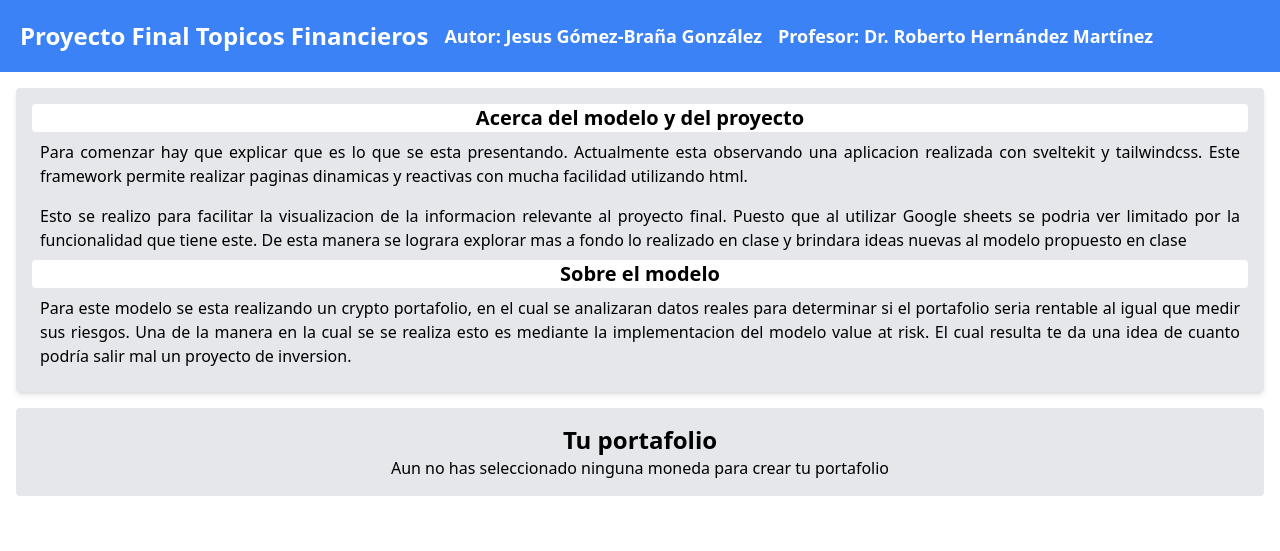
Repository: SistemaACT/Portafolio
Page: /
These files come from the project's save history. The page is drawn as it stood at one moment and after the next save; the edit follows.
The browser window is 1280 px wide. The pictures show the whole page.
The page's requests for data from a server got no answer. The project was rebuilt for these pictures with package versions that can differ from the ones it lists, and the page was loaded fresh each time. The framework's server and built-in components were replaced by stand-ins that run in the browser. No one was signed in, and anything a server would have sent is missing. Also part of the build but not shown: svelte.config.js, vite.config.ts.

Above is the page before, as saved 2024-07-07 12:44:09.

### src/routes/+page.svelte
<script lang="ts">
    import { onMount } from "svelte";
    let coins:any;
    onMount(async () => {
      try {
        let res = await fetch("https://private-coingecko-api.vercel.app/API", {
          method: "POST",
          headers: {
            'x-api-key': "YOUR_VALID_API_KEY",
            "Content-Type": "application/json",
          },
          body: JSON.stringify({
            func: "get_coin_list",
            params: [],
          }),
        });
        coins = await res.json()

      } catch (error) {
        console.error(error);
      }
    });

    let selected_coins:{id:string,name:string,symbol:string}[] = []
    $: selected_coins
    let selection:any;
    function add_to_selected_coins(e:Event){
      e.preventDefault();
      const selectedCoin = coins.find((coin: any) => coin.id === selection);
      if (selectedCoin) {
        selected_coins = [...selected_coins, selectedCoin];
      } else {
        console.warn("Coin not found in the coins array:", selection);
      }
    }

  </script>





<div class="w-full bg-blue-500 text-white p-5 text-2xl font-bold flex items-center  space-x-4 ">
    <h1>
        Proyecto Final Topicos Financieros
    </h1>
    <p class="text-lg">Autor: Jesus Gómez-Braña González</p>
    <p class="text-lg">Profesor: Dr. Roberto Hernández Martínez</p>

</div>

<div class="bg-gray-200 rounded p-4 flex flex-col items-center m-4 shadow-md">
    <h2 class="w-full bg-white rounded text-xl font-bold text-center">Acerca del modelo y del proyecto</h2>
    <p class="text-justify p-2">
        Para comenzar hay que explicar que es lo que se esta presentando. Actualmente
        esta observando una aplicacion realizada con sveltekit y tailwindcss. Este framework permite
        realizar paginas dinamicas y reactivas con mucha facilidad utilizando html.
    </p>
    <p class="text-justify p-2">
        Esto se realizo para facilitar la visualizacion de la informacion relevante al proyecto final.
        Puesto que al utilizar Google sheets se podria ver limitado por la funcionalidad que tiene este.
        De esta manera se lograra explorar mas a fondo lo realizado en clase y brindara ideas nuevas al modelo
        propuesto en clase
    </p>
    <h3 class="w-full bg-white rounded text-xl font-bold text-center">Sobre el modelo</h3>
    <p class="text-justify p-2">
        Para este modelo se esta realizando un crypto portafolio, en el cual se analizaran datos reales para
        determinar si el portafolio seria rentable al igual que medir sus riesgos. Una de la manera en la cual se
        se realiza esto es mediante la implementacion del modelo value at risk. El cual resulta te da una idea de cuanto podría salir mal un proyecto de inversion.
    </p>
</div>

{#if coins}
<form on:submit={add_to_selected_coins} class="m-4 p-4 bg-gray-200 rounded flex justify-start space-x-5 items-center" >
<h2 class="font-bold">Crea tu portafolio Maximo 7 monedas</h2>
<input bind:value={selection} type="text" class="rounded border border-black bg-white" list="Selected_coin">
<datalist id="Selected_coin" >
  {#each coins as coin }
    <option value={coin.id}>{coin.name}</option>
  {/each}
</datalist>
<button class="p-2 bg-blue-500 text-white rounded" type="submit">Agregar moneda</button>
</form>
{/if}

<div class="m-4 p-4 bg-gray-200 rounded">
  <h2 class="w-full text-center text-2xl font-bold">Tu portafolio</h2>
  {#if selected_coins.length==0}
    <p class="w-full text-center">Aun no has seleccionado ninguna moneda para crear tu portafolio</p>
  {:else}
    {#each selected_coins as coin}
      <div class="bg-white rounded w-full flex justify-between p-4 font-bold text-lg">
        <p>Id:{coin.id}</p>
        <p>Name:{coin.name}</p>
        <p>Symbol:{coin.symbol}</p>
      </div>
    {/each}
  {/if}
</div>

Loaded but not shown: src/app.html (common file); src/routes/+layout.svelte (common file); src/app.css (common file); tailwind.config.js (common file)

After the next save:
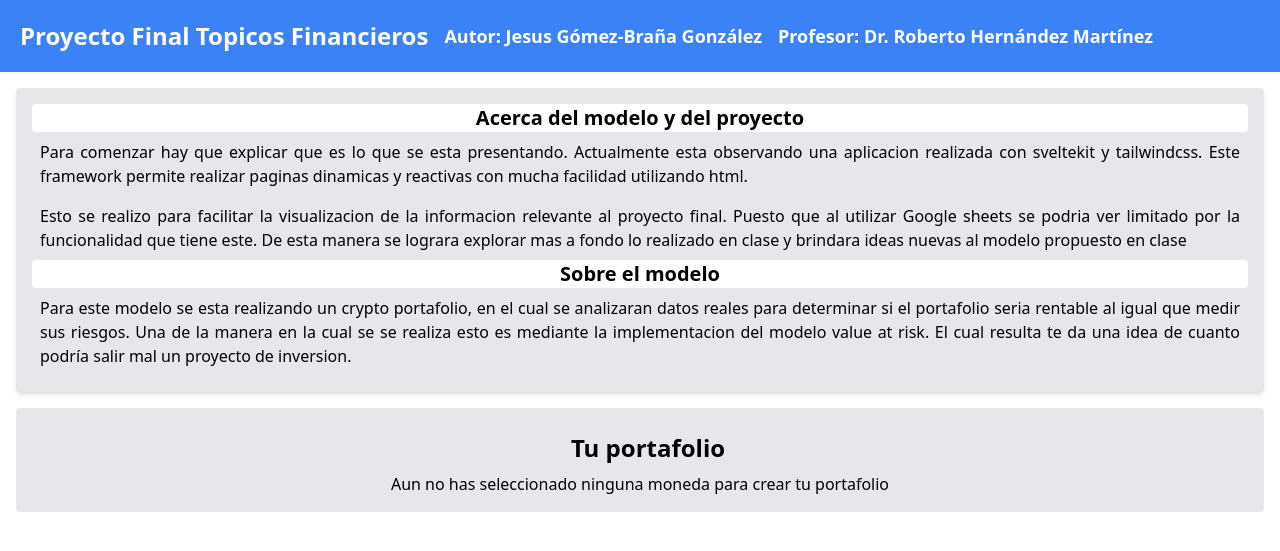
Saved 15 s later.
--- a/src/routes/+page.svelte
+++ b/src/routes/+page.svelte
@@ -84,7 +84,7 @@
 {/if}
 
 <div class="m-4 p-4 bg-gray-200 rounded">
-  <h2 class="w-full text-center text-2xl font-bold">Tu portafolio</h2>
+  <h2 class="w-full text-center text-2xl font-bold m-2">Tu portafolio</h2>
   {#if selected_coins.length==0}
     <p class="w-full text-center">Aun no has seleccionado ninguna moneda para crear tu portafolio</p>
   {:else}
